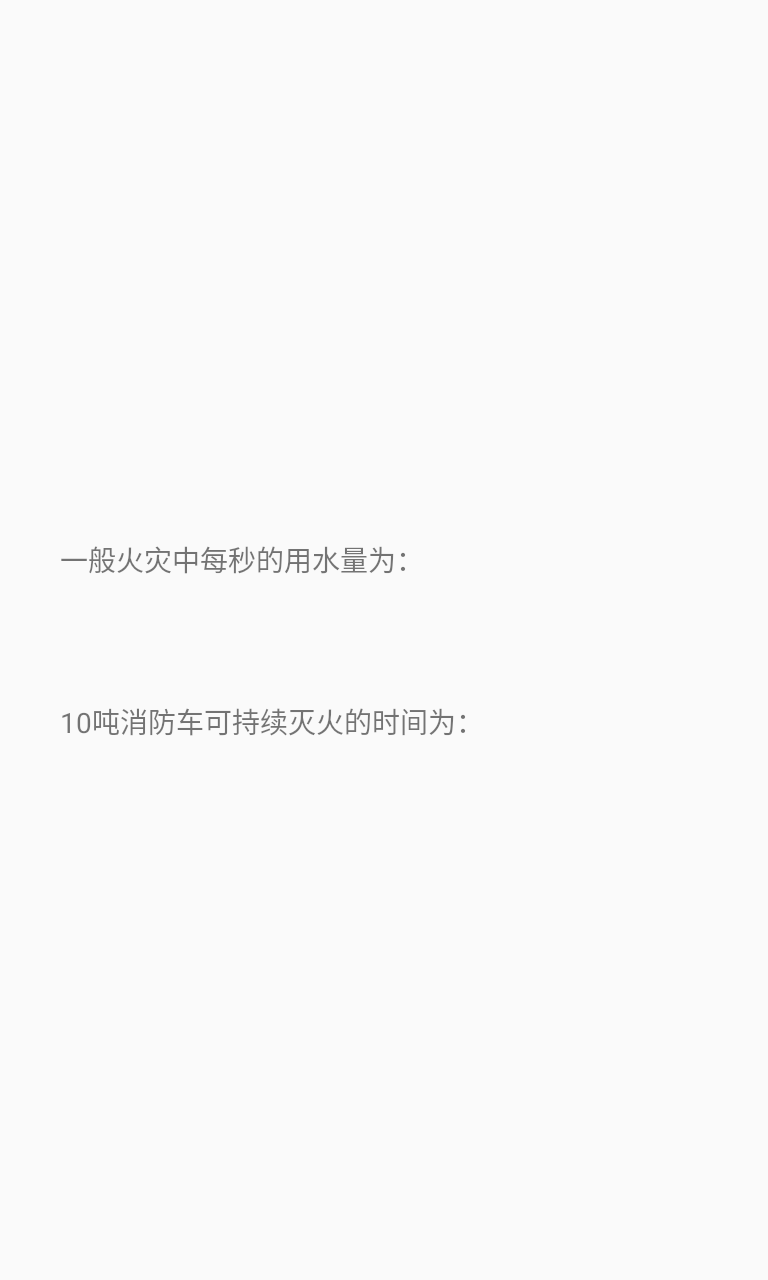
Repository: hohoTT/fireWork_handle_app
Layout: fireWork_handle_app/res/layout/normal_fire_result.xml
An editor plug-in stored every save of this project. The layout is shown before and after the next save, followed by the edit.
It is drawn on a 768 x 1280 px phone screen (xhdpi) without system bars, with theme AppTheme; the app's code is not run.

Above is the layout before, as saved 2016-03-02 08:32:08.

After the next save:
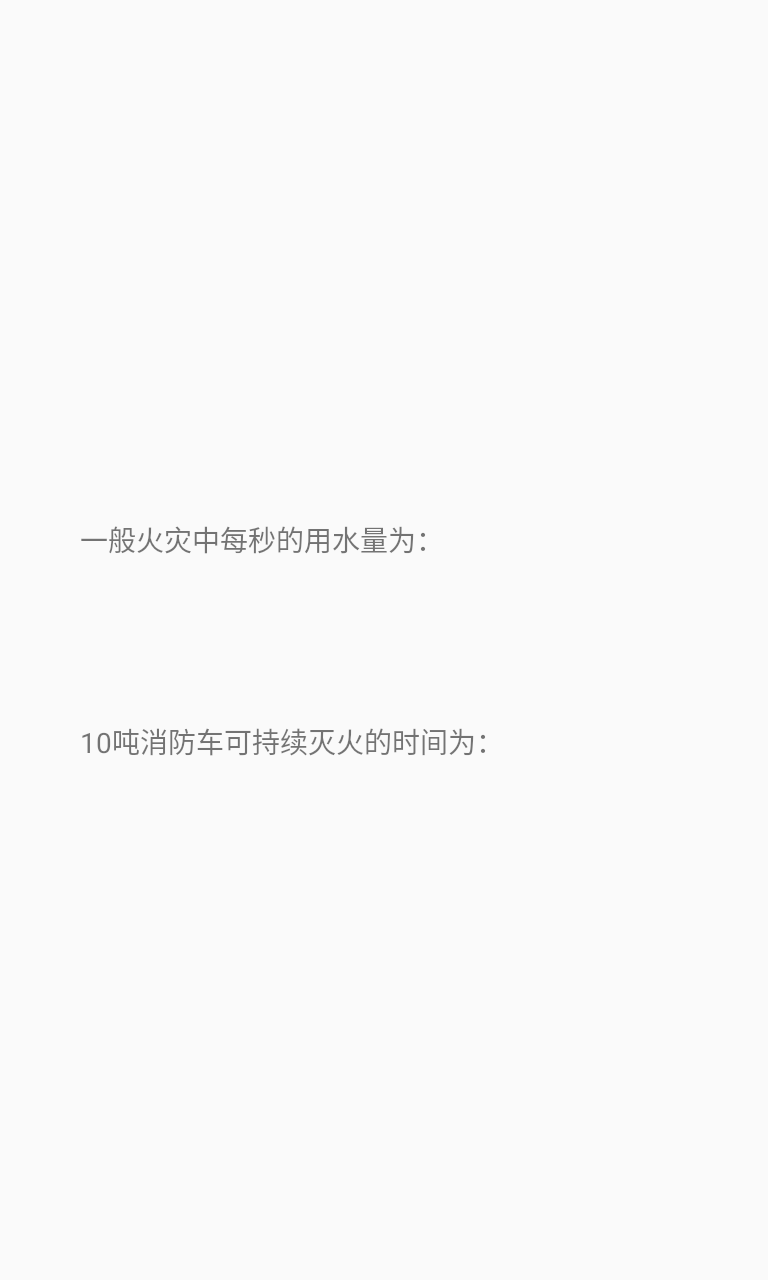
Saved 13 s later.
--- a/fireWork_handle_app/res/layout/normal_fire_result.xml
+++ b/fireWork_handle_app/res/layout/normal_fire_result.xml
@@ -10,7 +10,7 @@
         android:id="@+id/linear_water"
 	    android:layout_width="match_parent"
 	    android:layout_height="wrap_content"
-	    android:layout_margin="30dp"
+	    android:layout_margin="40dp"
 	    android:orientation="horizontal">
 
         <TextView
@@ -31,7 +31,7 @@
         android:id="@+id/linear_fire_time"
 	    android:layout_width="match_parent"
 	    android:layout_height="wrap_content"
-	    android:layout_margin="30dp"
+	    android:layout_margin="40dp"
 	    android:orientation="horizontal">
 
         <TextView
